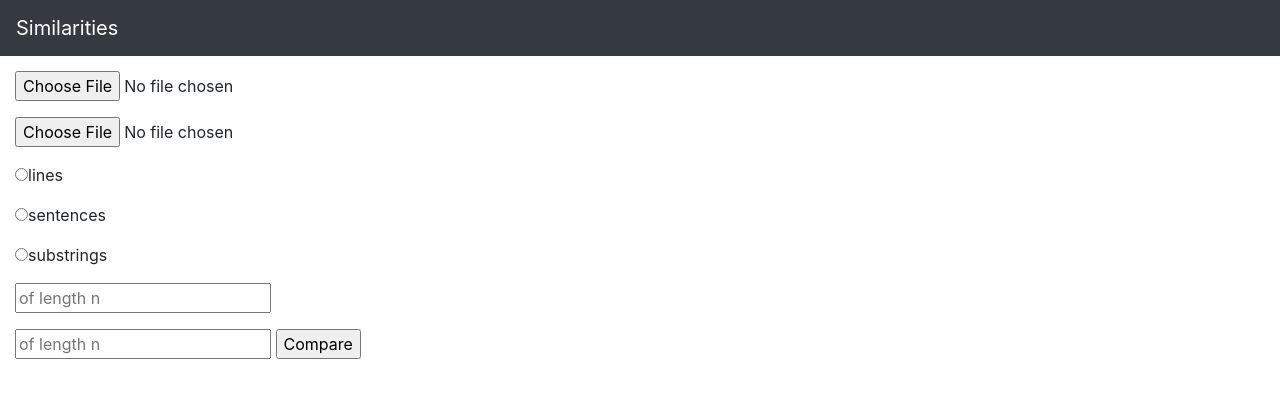
Repository: kenwynejohnes/cs50
Page: http://localhost/
The author's editor kept a record of every edit. The page is drawn from the files as they stood at one moment, then again after the next edit.
The browser window is 1280 px wide. The pictures show the whole page.
Some web libraries are served in a nearby version. The page is served by the project's application, run on Flask 3 (pset6/similarities/application.py).

Above is the page before.

After the next edit:
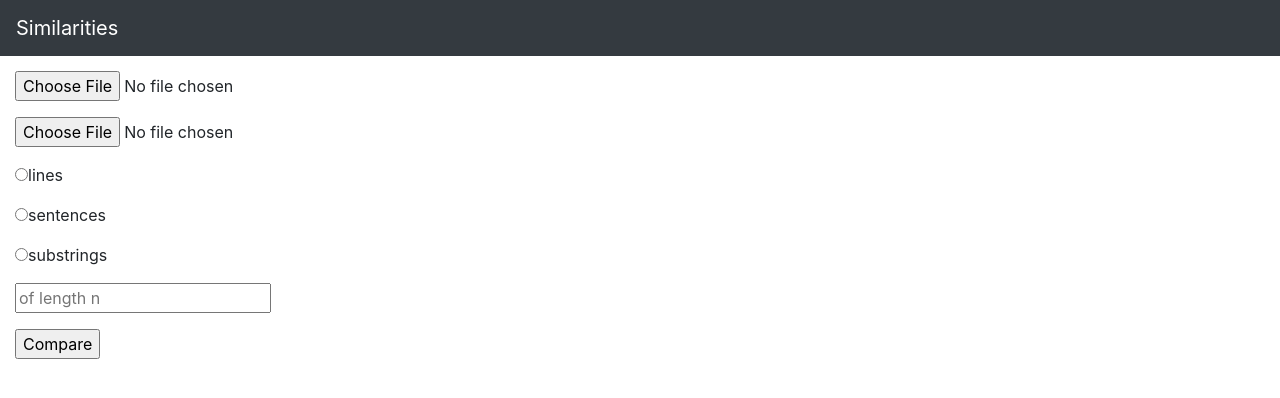
The edit:
--- a/pset6/similarities/templates/index.html
+++ b/pset6/similarities/templates/index.html
@@ -25,7 +25,7 @@
             <p>
                 <input type="number" name="length" placeholder="of length n">
             </p>
-            <input type="number" name="length" placeholder="of length n">
+
 
             <button type="submit">Compare</button>
 
